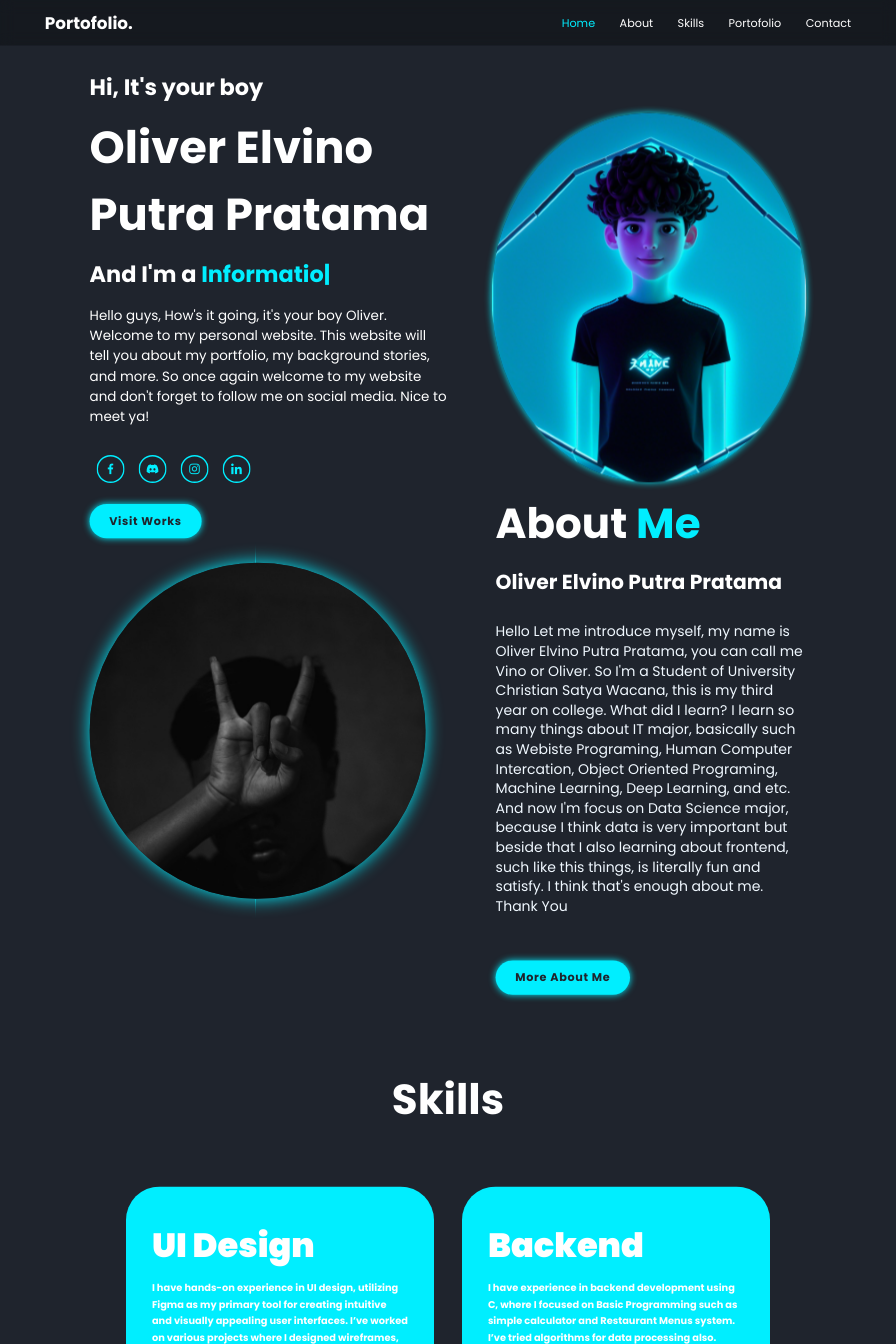
Repository: Olovrelvino/personalWebsite-HtmlCssJs-project
Page: main.html
These files come from the project's save history. The page is drawn as it stood at one moment and after the next save; the edit follows.
The browser window is 1280 px wide. The pictures show the part of the page from y = 0 to 1920 px (the page is 3629 px tall before and 3494 px after), at 70% of full size.
Some web libraries are served in a nearby version.

Above is the page before, as saved 2024-09-22 23:05:56.

After the next save:
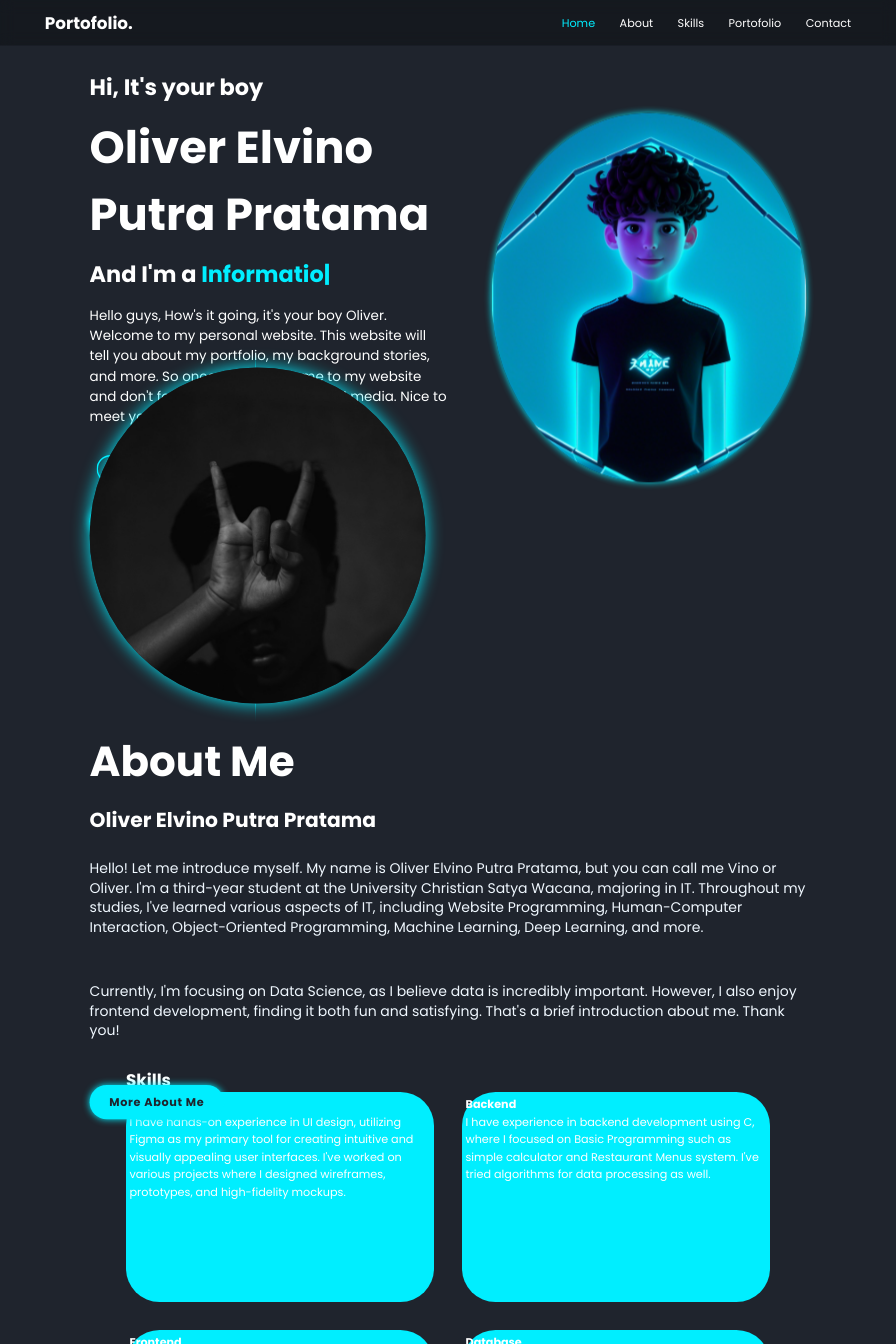
Saved 23 h 26 min later.
--- a/main.html
+++ b/main.html
@@ -49,72 +49,44 @@
         </div>
       </section>
 
-    <!-- ABOUT SECTION -->
-     <section class="about" id="about">
-        <div class="about-img">
-            <img src="vino2.jpg">
-        </div>
-        <div class="about-text">
-            <h2>About <span>Me</span></h2>
-            <h4>Oliver Elvino Putra Pratama</h4>
-            <P>Hello Let me introduce myself, my name is Oliver Elvino Putra Pratama, you can call me Vino or Oliver.
-                So I'm a Student of University Christian Satya Wacana, this is my third year on college. What did I learn? I learn so many things about IT major,
-                basically such as Webiste Programing, Human Computer Intercation, Object Oriented Programing,
-                Machine Learning, Deep Learning, and etc. And now I'm focus on Data Science major, because I think data is very important but
-                beside that I also learning about frontend, such like this things, is literally fun and satisfy. I think that's enough about me. Thank You
-            </P>
-            <a href="#" class="btn-content">More About Me</a>
-        </div>
-     </section>
+<!-- About Section -->
+<section id="about" class="section about">
+    <div class="about-container">
+      <div class="about-img">
+        <img src="vino2.jpg" alt="Oliver Elvino">
+      </div>
+      <div class="about-text">
+        <h2>About Me</h2>
+        <h4>Oliver Elvino Putra Pratama</h4>
+        <p>Hello! Let me introduce myself. My name is Oliver Elvino Putra Pratama, but you can call me Vino or Oliver. I'm a third-year student at the University Christian Satya Wacana, majoring in IT. Throughout my studies, I've learned various aspects of IT, including Website Programming, Human-Computer Interaction, Object-Oriented Programming, Machine Learning, Deep Learning, and more.</p>
+        <p>Currently, I'm focusing on Data Science, as I believe data is incredibly important. However, I also enjoy frontend development, finding it both fun and satisfying. That's a brief introduction about me. Thank you!</p>
+        <a href="#" class="btn-content">More About Me</a>
+      </div>
+    </div>
+  </section>
 
-     <section class="Skills" id="Skills">
-        <div class="skills-text">
-            <h2>Skills</h2>
-        </div>
-
-        <div class="Skills-container">
-            <div class="Skills-box">
-                <div class="Skills-info">
-                    <h4>UI Design</h4>
-                    <p>I have hands-on experience in UI design, utilizing Figma as my primary tool for creating intuitive and visually appealing user interfaces.
-                        I’ve worked on various projects where I designed wireframes, prototypes, and high-fidelity mockups. Figma’s collaborative features enabled me to work efficiently with team members,
-                        iterate designs quickly, and maintain consistency across different screen sizes and platforms.
-                    </p>
-                </div>
-            </div>
-
-            <div class="Skills-box">
-                <div class="Skills-info">
-                    <h4>Backend</h4>
-                    <p>I have experience in backend development using C,
-                        where I focused on Basic Programming such as simple calculator and Restaurant Menus system.
-                        I’ve tried algorithms for data processing also.
-                    </p>
-                </div>
-            </div>
-
-            <div class="Skills-box">
-                <div class="Skills-info">
-                    <h4>Frontend</h4>
-                    <p>
-                        I have experience in frontend development, using HTML, CSS, and JavaScript to build responsive and dynamic website.
-                        I’ve created user-friendly interfaces, ensuring cross-browser compatibility and optimizing for performance.
-                    </p>
-                </div>
-            </div>
-
-            <div class="Skills-box">
-                <div class="Skills-info">
-                    <h4>DataBase</h4>
-                    <p>
-                        I have experience in database management using MySQL, Oracle APEX, and ERD.
-                        I’ve designed and optimized relational databases, created detailed ER diagrams to model data structures,
-                        and implemented them in MySQL for efficient data handling.
-                    </p>
-                </div>
-            </div>
-        </div>
-     </section>
+  <!-- Skills Section -->
+  <section id="Skills" class="section Skills">
+    <h2 class="skills-heading">Skills</h2>
+    <div class="Skills-container">
+      <div class="Skills-box">
+        <h4>UI Design</h4>
+        <p>I have hands-on experience in UI design, utilizing Figma as my primary tool for creating intuitive and visually appealing user interfaces. I've worked on various projects where I designed wireframes, prototypes, and high-fidelity mockups.</p>
+      </div>
+      <div class="Skills-box">
+        <h4>Backend</h4>
+        <p>I have experience in backend development using C, where I focused on Basic Programming such as simple calculator and Restaurant Menus system. I've tried algorithms for data processing as well.</p>
+      </div>
+      <div class="Skills-box">
+        <h4>Frontend</h4>
+        <p>I have experience in frontend development, using HTML, CSS, and JavaScript to build responsive and dynamic websites. I've created user-friendly interfaces, ensuring cross-browser compatibility and optimizing for performance.</p>
+      </div>
+      <div class="Skills-box">
+        <h4>Database</h4>
+        <p>I have experience in database management using MySQL, Oracle APEX, and ERD. I've designed and optimized relational databases, created detailed ER diagrams to model data structures, and implemented them in MySQL for efficient data handling.</p>
+      </div>
+    </div>
+  </section>
 
      <section class="contact" id="contact">
         <h2 class="heading">Contact <span class="highlight">Me</span></h2>
